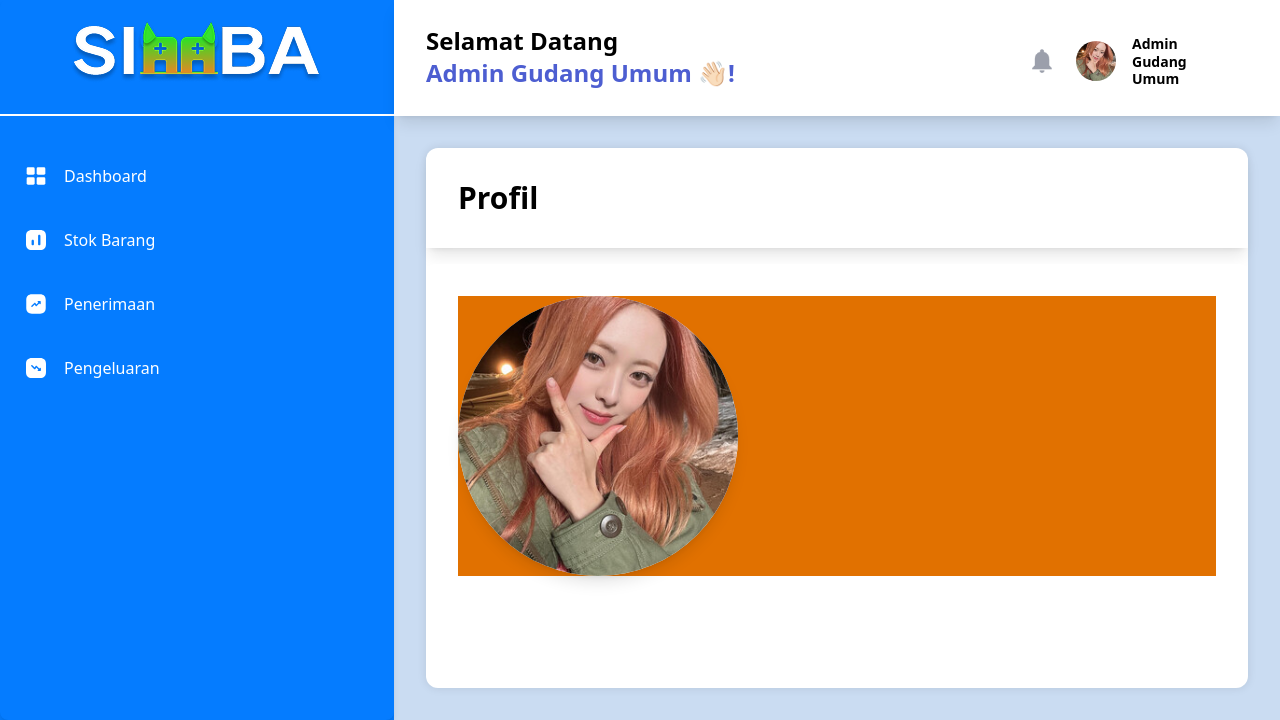
Repository: Gokerwow/inventory-fe
Page: /profil
These files come from the project's save history. The page is drawn as it stood at one moment and after the next save; the edit follows.
The browser window is 1280 px wide. The pictures show the whole page.
The project was rebuilt for these pictures with package versions that can differ from the ones it lists, and the page was loaded fresh each time. Also part of the build but not shown: vite.config.ts, src/components/lineChart.tsx, src/pages/dashboard.tsx, src/pages/stokBarang.tsx, src/components/pagination.tsx, src/components/PenerimaanTable.tsx, src/components/RiwayatPenerimaanTable.tsx, src/pages/penerimaan.tsx and 8 more.

Above is the page before, as saved 2025-10-28 12:03:54.

After the next save:
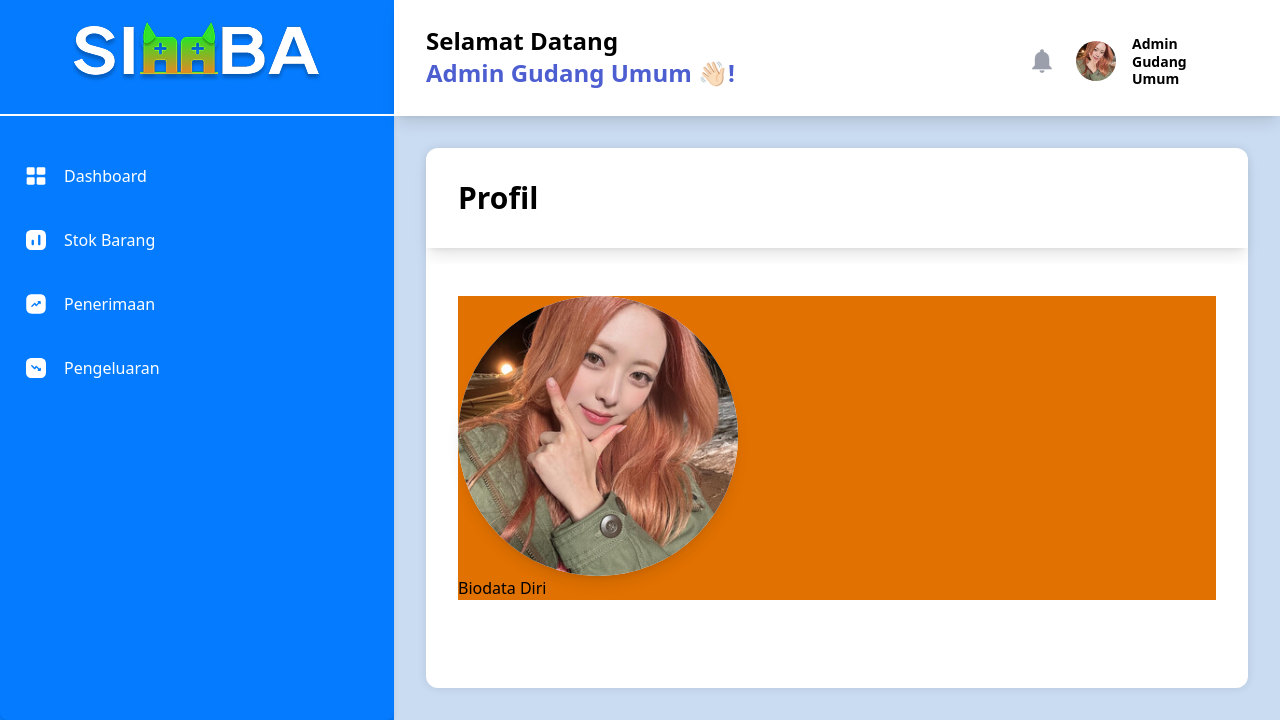
Saved 8 s later.
--- a/src/pages/profil.tsx
+++ b/src/pages/profil.tsx
@@ -10,7 +10,7 @@ function Profil() {
                         <img src={PfpExample} alt="Profile Picture" className='w-full' />
                     </div>
                     <div>
-
+                        <h1>Biodata Diri</h1>
                     </div>
                 </div>
             </div>
